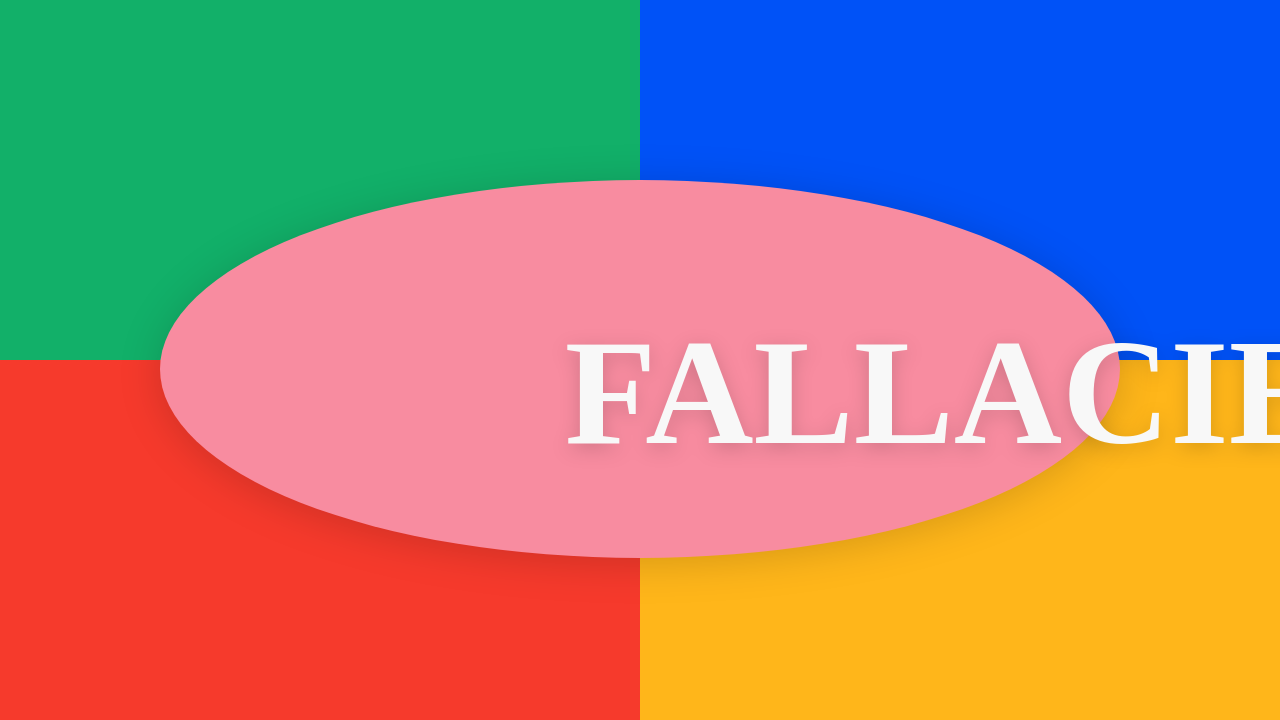
Repository: yafugray/fallacies
Page: project/Midterm project/index.html
The author's editor kept a copy of each file at every save. The page is drawn from the files as they stood at one save, then again after the next save.
The browser window is 1280 px wide. The pictures show the whole page.

Above is the page before, as saved 2020-03-12 15:01:35.

### project/Midterm project/index.html
<!DOCTYPE html>
<html lang="en">
<head>
    <meta charset="UTF-8">
    <meta name="viewport" content="width=device-width, initial-scale=1.0">
    <title>Fallacies</title>
    <link href="app.css" rel="stylesheet">
</head>
<body>
    <div id="Mainpage">
        <div id="rec1"></div>
        <div id="rec2"></div>
        <div id="rec3"></div>
        <div id="rec4"></div>
        <div id="group1">
            <svg class="ellipse">
                <ellipse fill="rgba(248,140,160,1)" id="Ellipse_8" rx="75%" ry="75%" cx="50%" cy="75%">
                </ellipse>
            </svg>
            <div id="fallacies">
                <span>FALLACIES</span>
            </div>
        </div>
    </div>
</body>
</html>

### project/Midterm project/app.css
* {
    margin: 0;
    padding: 0;
    box-sizing: border-box;
    border: none;
}

#Mainpage {
    position: absolute;
    width: 100vw;
    height: 100vh;
    background-color: azure;
    overflow: hidden;
}
@keyframes fadein {

    0% {
        opacity: 0;
    }
    100% {
        opacity: 1;
    }

}

#rec1 {
	position: absolute;
	overflow: visible;
	width: 50vw;
	height: 50vh;
	left: 0px;
    top: 0px;
    background-color: rgba(18,176,105,1);
}
#rec4 {
	position: absolute;
	overflow: visible;
	width: 50vw;
	height: 50vh;
	left: 0px;
    bottom: 0px;
    background-color: rgba(246,58,44,1);
}
#rec2 {
	position: absolute;
	overflow: visible;
	width: 50vw;
	height: 50vh;
	right: 0px;
    top: 0px;
    background-color: rgba(0,82,247,1);
}
#rec3 {
	position: absolute;
	overflow: visible;
	width: 50vw;
	height: 50vh;
	right: 0px;
    bottom: 0px;
    background-color: rgba(255,182,26,1);
}

#group1 {
    position: absolute;
	width: 70vw;
	height: 35vh;
    left: 25%;
    right: 25%;
    top: 25%;
    bottom: 25%;
	overflow: visible;
	--web-animation: fadein 0.3s ease-out;
	--web-action-type: page;
	--web-action-target: custom___2.html;
	cursor: pointer;
}

.ellipse {
    filter: drop-shadow(0px 5px 20px rgba(0, 0, 0, 0.161));
	position: absolute;
	overflow: visible;
	width: 50vw;
	height: 35vh;
    left: 0px;
    right:0px;
    top: 0px;
    bottom: 0px;
}

#fallacies {
    filter: drop-shadow(0px 5px 10px rgba(0, 0, 0, 0.161));
    position: absolute;
    align-items: center;
    justify-content: center;
    top: 50%;
    right: 25%;
    left: 25%;
    width: 889px;
    overflow: visible;
    white-space: nowrap;
    text-align: center;
    font-family: TitlingGothicFB Narrow;
    font-style: normal;
    font-weight: bold;
    font-size: 150px;
    color: rgba(248,248,248,1);
}

After the next save:
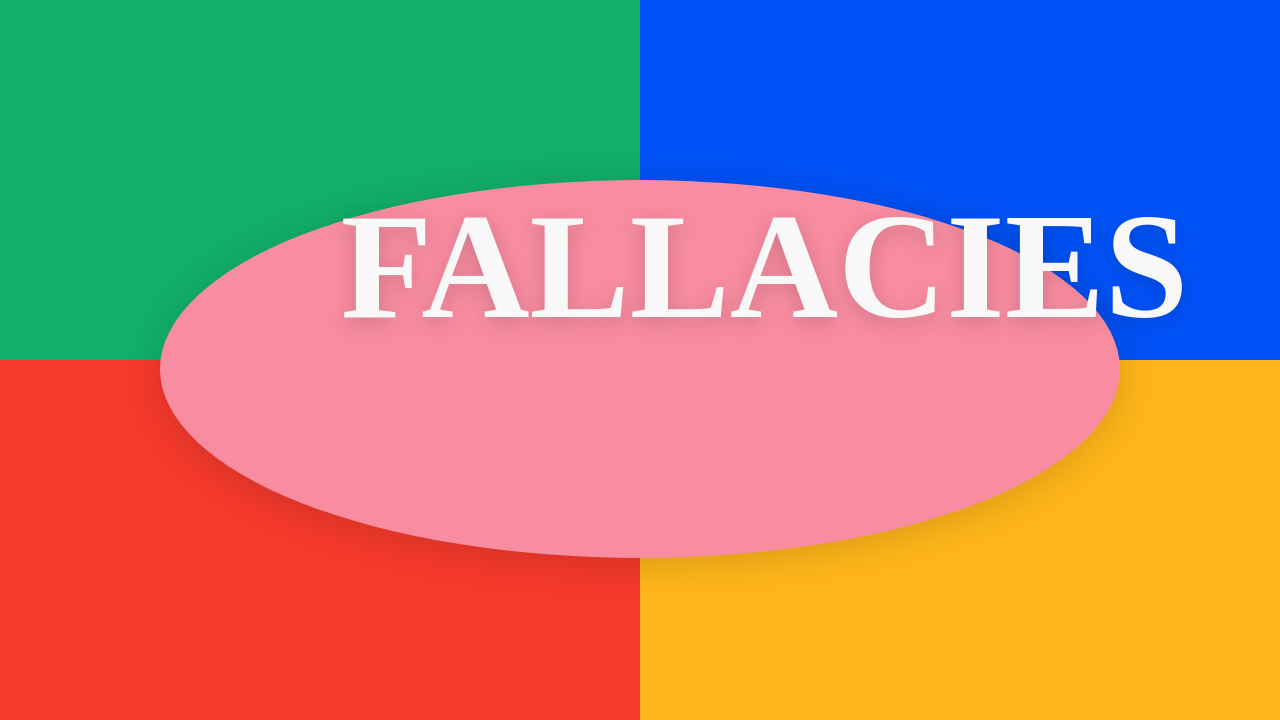
Saved 4 min 46 s later.
--- a/project/Midterm project/app.css
+++ b/project/Midterm project/app.css
@@ -89,9 +89,9 @@
 
 #fallacies {
     filter: drop-shadow(0px 5px 10px rgba(0, 0, 0, 0.161));
-    position: absolute;
+    /* position: absolute;
     align-items: center;
-    justify-content: center;
+    justify-content: center; */
     top: 50%;
     right: 25%;
     left: 25%;

After the 3 saves that followed:
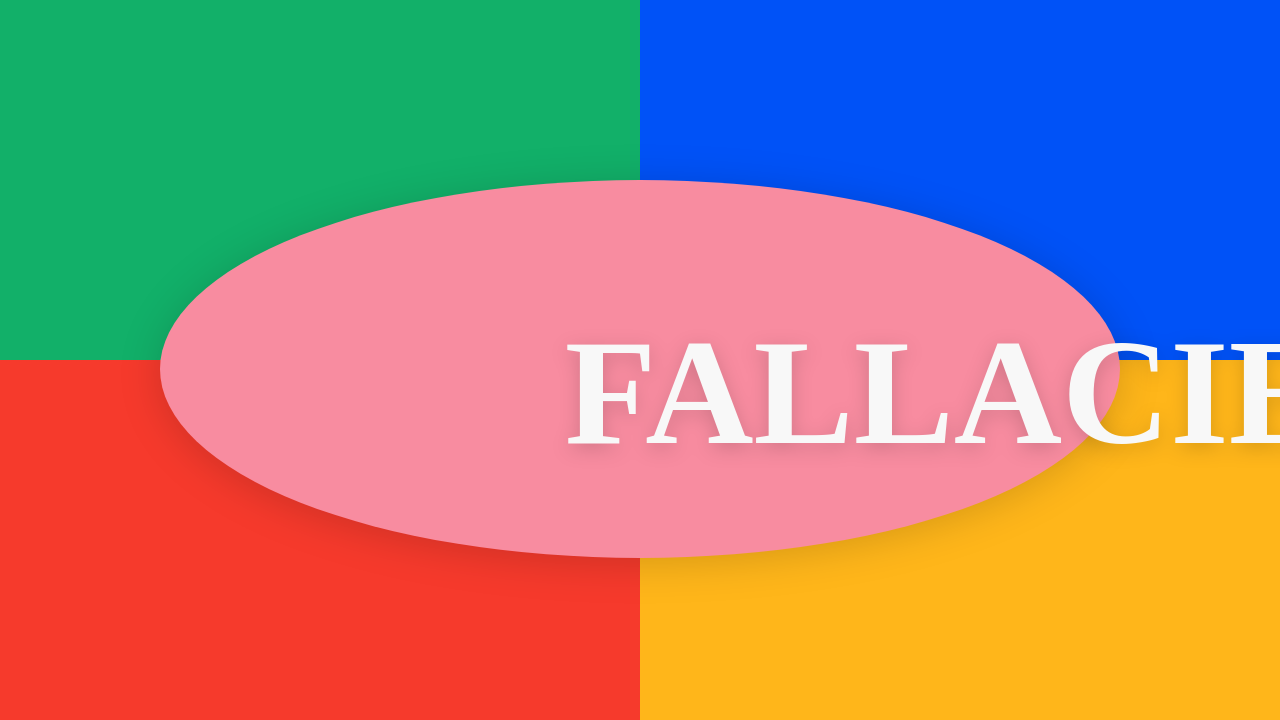
The 3 saves are shown as one change because 1 left the picture as it was and some came seconds apart.
The last was saved 16 s later.
--- a/project/Midterm project/app.css
+++ b/project/Midterm project/app.css
@@ -89,9 +89,9 @@
 
 #fallacies {
     filter: drop-shadow(0px 5px 10px rgba(0, 0, 0, 0.161));
-    /* position: absolute;
+    position: absolute;
     align-items: center;
-    justify-content: center; */
+    justify-content: center;
     top: 50%;
     right: 25%;
     left: 25%;
